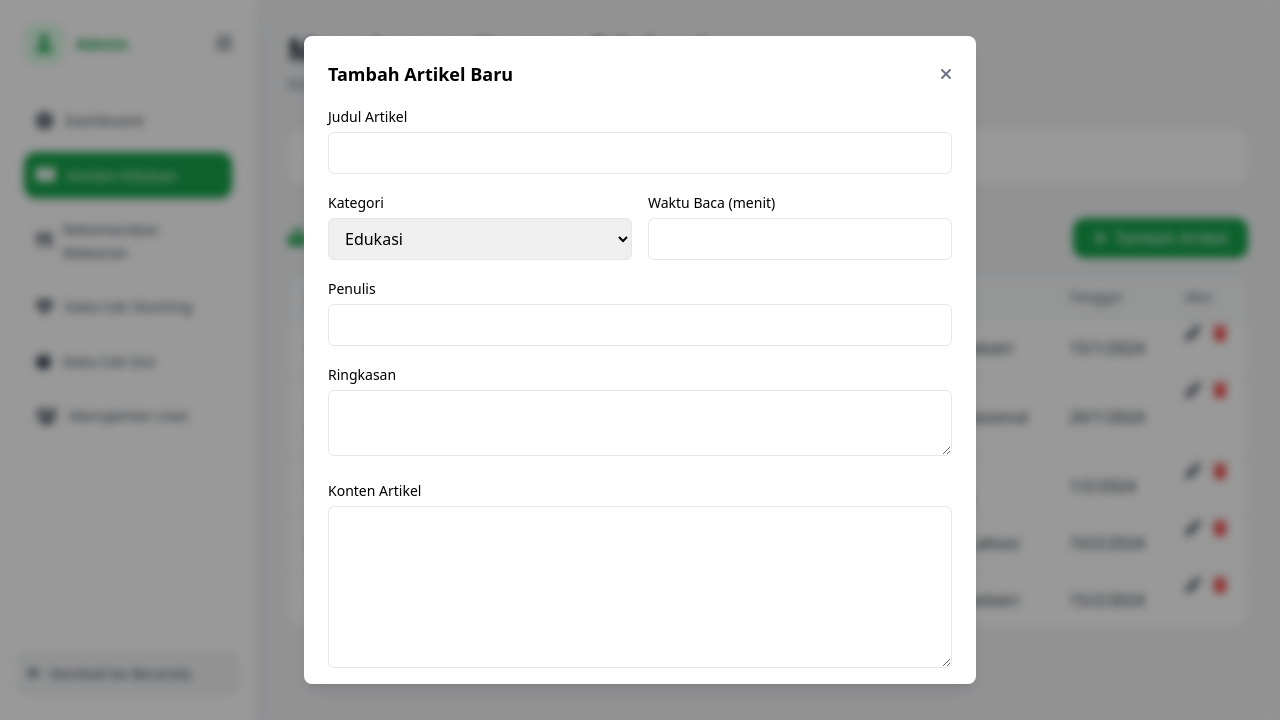
Repository: crashyet/stunting-cerdas
Page: http://localhost/admin/konten-edukasi
The author's editor kept a copy of each file at every save. The page is drawn from the files as they stood at one save, then again after the next save.
The browser window is 1280 px wide. The pictures show the whole page.
An inner scrolling area shows only its first screen. Some web libraries are served in a nearby version. The page is served by the project's Laravel application, run on PHP 8.4 with Laravel 12. A made-up administrator, Test User (test@example.com), is signed in.

Above is the page before, as saved 2025-12-09 22:10:44.

After the next save:
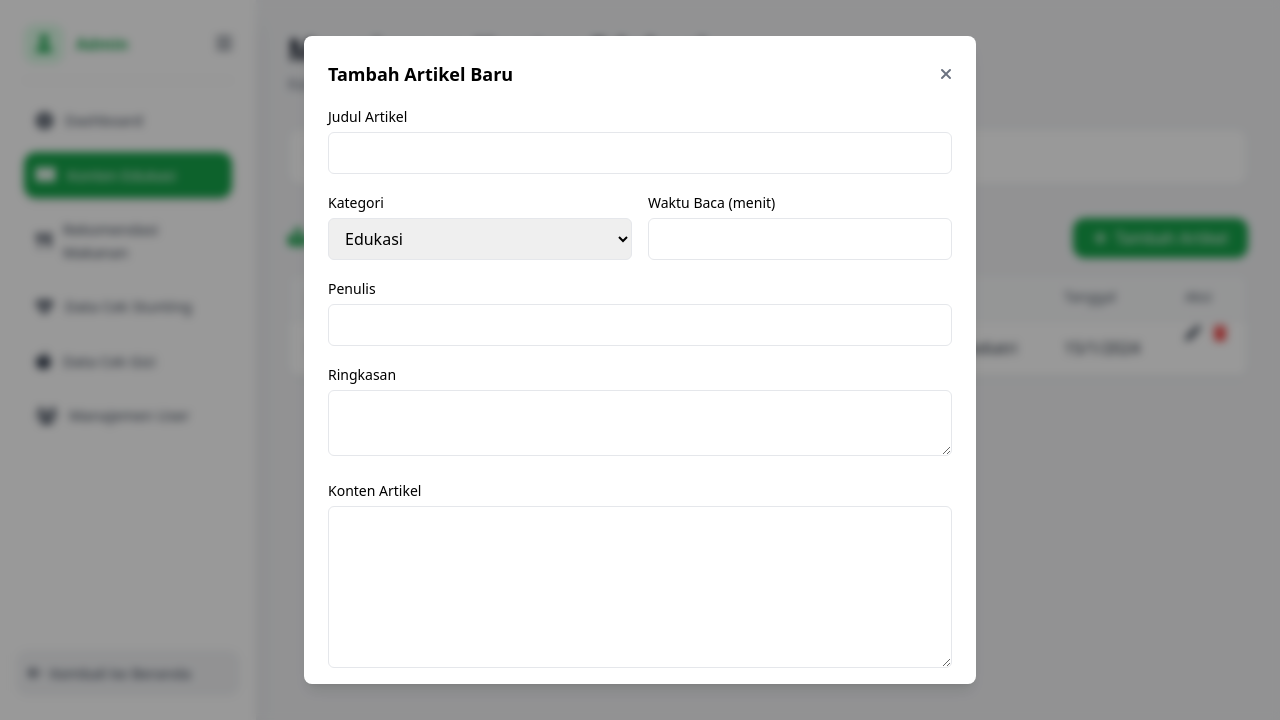
Saved 6 s later.
--- a/resources/views/admin/konten-edukasi.blade.php
+++ b/resources/views/admin/konten-edukasi.blade.php
@@ -69,61 +69,7 @@
                     </td>
                 </tr>
 
-                {{-- ROW 2 --}}
-                <tr class="border-b hover:bg-gray-50 transition animate-[fadeUp_.7s_ease-out]">
-                    <td class="py-4 px-5">1000 Hari Pertama Kehidupan: Periode Emas Tumbuh Kembang</td>
-                    <td class="px-5">
-                        <span class="px-3 py-1 text-xs bg-green-100 text-green-700 rounded-full">Panduan</span>
-                    </td>
-                    <td class="px-5">Tim Gizi Nasional</td>
-                    <td class="px-5">20/1/2024</td>
-                    <td class="px-5 flex gap-3">
-                        <button class="text-gray-600 hover:text-gray-900"><i class="fa-solid fa-pen"></i></button>
-                        <button class="text-red-500 hover:text-red-700"><i class="fa-solid fa-trash"></i></button>
-                    </td>
-                </tr>
 
-                {{-- ROW 3 --}}
-                <tr class="border-b hover:bg-gray-50 transition animate-[fadeUp_.8s_ease-out]">
-                    <td class="py-4 px-5">Makanan Bergizi untuk Mencegah Stunting</td>
-                    <td class="px-5">
-                        <span class="px-3 py-1 text-xs bg-green-100 text-green-700 rounded-full">Nutrisi</span>
-                    </td>
-                    <td class="px-5">Ahli Gizi Indonesia</td>
-                    <td class="px-5">1/2/2024</td>
-                    <td class="px-5 flex gap-3">
-                        <button class="text-gray-600 hover:text-gray-900"><i class="fa-solid fa-pen"></i></button>
-                        <button class="text-red-500 hover:text-red-700"><i class="fa-solid fa-trash"></i></button>
-                    </td>
-                </tr>
-
-                {{-- ROW 4 --}}
-                <tr class="border-b hover:bg-gray-50 transition animate-[fadeUp_.9s_ease-out]">
-                    <td class="py-4 px-5">Peran ASI Eksklusif dalam Mencegah Stunting</td>
-                    <td class="px-5">
-                        <span class="px-3 py-1 text-xs bg-green-100 text-green-700 rounded-full">Panduan</span>
-                    </td>
-                    <td class="px-5">Dr. Maya Laktasi</td>
-                    <td class="px-5">10/2/2024</td>
-                    <td class="px-5 flex gap-3">
-                        <button class="text-gray-600 hover:text-gray-900"><i class="fa-solid fa-pen"></i></button>
-                        <button class="text-red-500 hover:text-red-700"><i class="fa-solid fa-trash"></i></button>
-                    </td>
-                </tr>
-
-                {{-- ROW 5 --}}
-                <tr class="hover:bg-gray-50 transition animate-[fadeUp_1s_ease-out]">
-                    <td class="py-4 px-5">Tanda-Tanda Anak Mengalami Stunting</td>
-                    <td class="px-5">
-                        <span class="px-3 py-1 text-xs bg-green-100 text-green-700 rounded-full">Edukasi</span>
-                    </td>
-                    <td class="px-5">Dr. Andi Pediatri</td>
-                    <td class="px-5">15/2/2024</td>
-                    <td class="px-5 flex gap-3">
-                        <button class="text-gray-600 hover:text-gray-900"><i class="fa-solid fa-pen"></i></button>
-                        <button class="text-red-500 hover:text-red-700"><i class="fa-solid fa-trash"></i></button>
-                    </td>
-                </tr>
 
             </tbody>
         </table>
